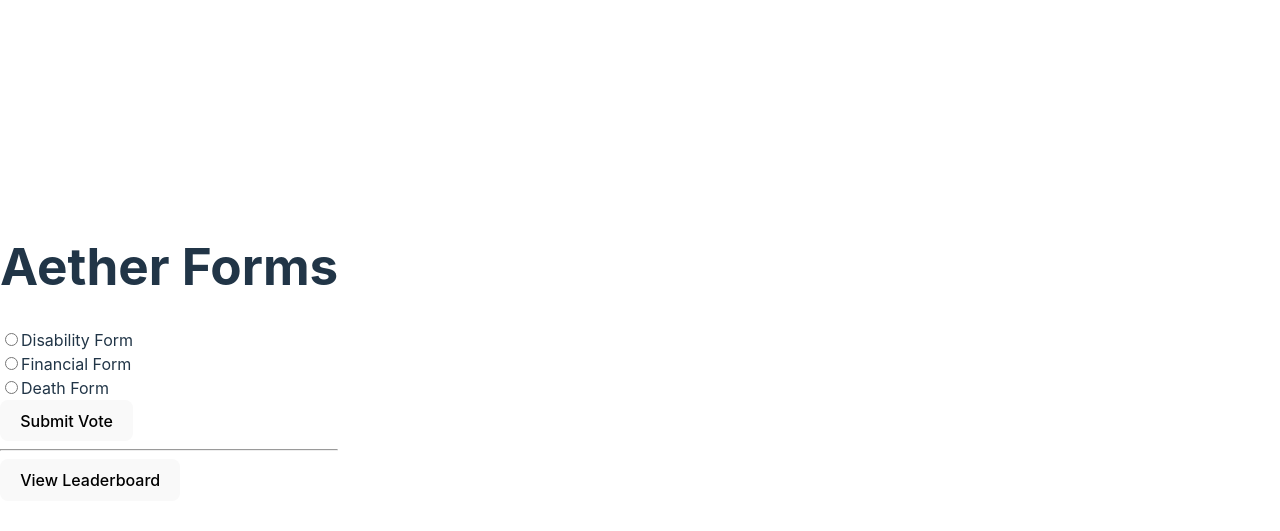
Repository: Jennica1/Aether-Top-Forms
Page: / (app in form-leaderboard-frontend/)
An editor plug-in stored every save of this project. The page is shown before and after the next save, followed by the edit.
The browser window is 1280 px wide. The pictures show the whole page.
The page's requests for data from a server got no answer. The project was rebuilt for these pictures with package versions that can differ from the ones it lists, and the page was loaded fresh each time. No one was signed in, and anything a server would have sent is missing. Also part of the build but not shown: form-leaderboard-frontend/vite.config.js.

Above is the page before, as saved 2024-11-26 17:01:44.

After the next save:
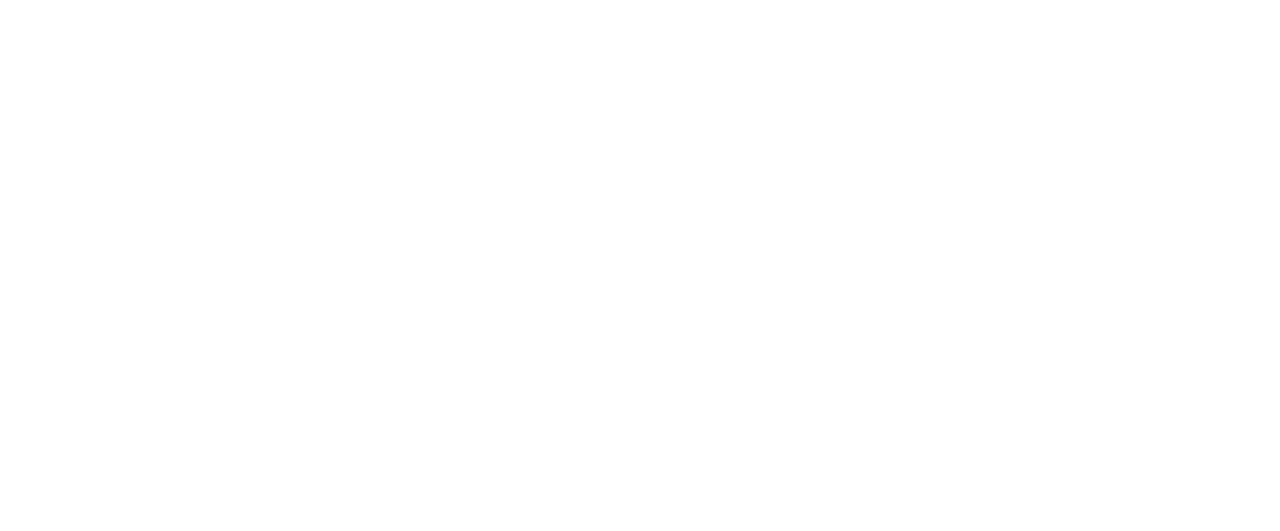
Console error: ReferenceError: useEffect is not defined
Saved 2 min 59 s later.
--- a/form-leaderboard-frontend/src/components/VotingForm.jsx
+++ b/form-leaderboard-frontend/src/components/VotingForm.jsx
@@ -3,6 +3,25 @@
 
 const VotingForm = () => {
   const [formType, setFormType] = useState("");
+  const [description, setDescription] = useState("");
+
+  useEffect(() => {
+    const fetchDescriptions = async () => {
+      try {
+        const { data } = await axios.get(
+          "https://aether-top-forms-leaderboard.onrender.com/api/votes/form-details"
+        );
+        if (formType && data[formType]) {
+          setDescription(data[formType]);
+        } else {
+          setDescription(""); // Clear description if no form selected
+        }
+      } catch (error) {
+        console.error("Error fetching form descriptions:", error);
+      }
+    };
+    fetchDescriptions();
+  }, [formType]);
 
   const handleVote = async (e) => {
     e.preventDefault();
@@ -15,39 +34,48 @@
   };
 
   return (
-    <form onSubmit={handleVote}>
-      <label>
-        <input
-          type="radio"
-          name="form"
-          value="Disability Form"
-          onChange={(e) => setFormType(e.target.value)}
-        />
-        Disability Form
-      </label>
-      <br />
-      <label>
-        <input
-          type="radio"
-          name="form"
-          value="Financial Form"
-          onChange={(e) => setFormType(e.target.value)}
-        />
-        Financial Form
-      </label>
-      <br />
-      <label>
-        <input
-          type="radio"
-          name="form"
-          value="Death Form"
-          onChange={(e) => setFormType(e.target.value)}
-        />
-        Death Form
-      </label>
-      <br />
-      <button type="submit">Submit Vote</button>
-    </form>
+    <div>
+      <form onSubmit={handleVote}>
+        <label>
+          <input
+            type="radio"
+            name="form"
+            value="Disability Form"
+            onChange={(e) => setFormType(e.target.value)}
+          />
+          Disability Form
+        </label>
+        <br />
+        <label>
+          <input
+            type="radio"
+            name="form"
+            value="Financial Form"
+            onChange={(e) => setFormType(e.target.value)}
+          />
+          Financial Form
+        </label>
+        <br />
+        <label>
+          <input
+            type="radio"
+            name="form"
+            value="Death Form"
+            onChange={(e) => setFormType(e.target.value)}
+          />
+          Death Form
+        </label>
+        <br />
+        <button type="submit">Submit Vote</button>
+      </form>
+
+      {formType && (
+        <div>
+          <h3>{formType}</h3>
+          <p>{description || "Loading description..."}</p>
+        </div>
+      )}
+    </div>
   );
 };
 

After the 3 saves that followed:
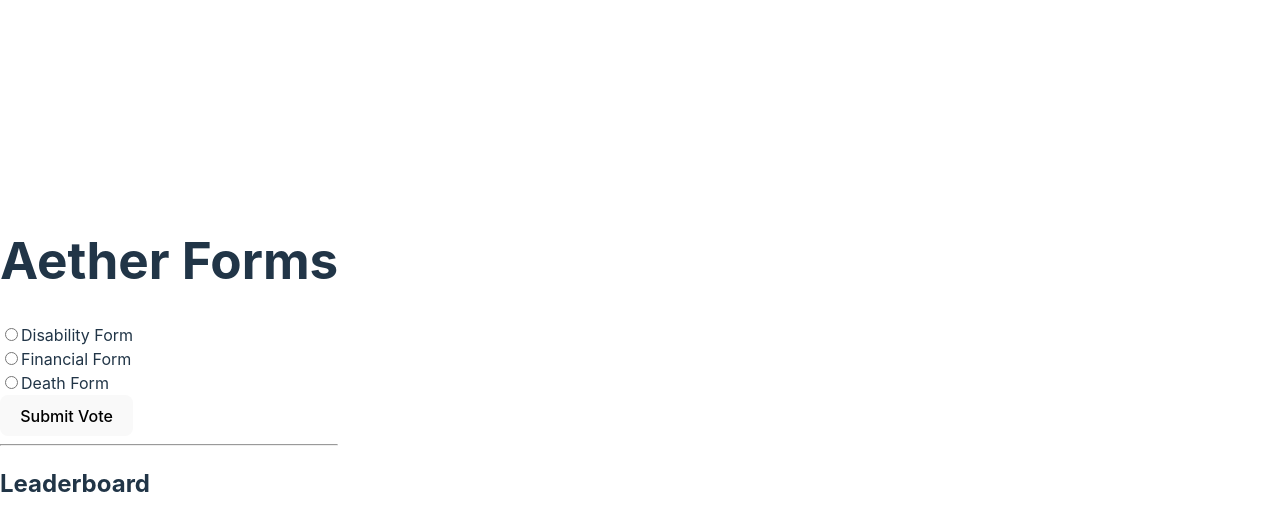
The error is gone.
The 3 saves are shown as one change because 2 left the picture as it was.
The last was saved 4 min 18 s later.
--- a/form-leaderboard-frontend/src/components/VotingForm.jsx
+++ b/form-leaderboard-frontend/src/components/VotingForm.jsx
@@ -1,4 +1,4 @@
-import React, { useState } from "react";
+import React, { useState, useEffect } from "react";
 import axios from "axios";
 
 const VotingForm = () => {
@@ -25,8 +25,14 @@
 
   const handleVote = async (e) => {
     e.preventDefault();
+
+    if (!formType) {
+      alert("Please select a form!");
+      return;
+    }
+
     try {
-      await axios.post(`${import.meta.env.VITE_BACKEND_URL}/api/votes`, { formType });
+      await axios.post("https://aether-top-forms-leaderboard.onrender.com/api/votes", { formType });
       alert("Vote submitted!");
     } catch (error) {
       console.error("Error submitting vote:", error);
--- a/form-leaderboard-frontend/src/components/Leaderboard.jsx
+++ b/form-leaderboard-frontend/src/components/Leaderboard.jsx
@@ -1,32 +1,35 @@
-import React, { useState } from "react";
+import React, { useState, useEffect } from "react";
 import axios from "axios";
 
 const Leaderboard = () => {
   const [leaderboard, setLeaderboard] = useState([]);
+  const [formDescriptions, setFormDescriptions] = useState({});
 
-  const fetchLeaderboard = async () => {
-    try {
-      const { data } = await axios.get("https://aether-top-forms-leaderboard.onrender.com/api/votes/leaderboard");
-
-      // const { data } = await axios.get(
-      //   "http://localhost:5000/api/votes/leaderboard"
-      // );
-
-      setLeaderboard(data);
-    } catch (error) {
-      console.error("Error fetching leaderboard:", error);
-    }
-  };
+  useEffect(() => {
+    const fetchData = async () => {
+      try {
+        // Fetch leaderboard and descriptions
+        const [leaderboardData, descriptionsData] = await Promise.all([
+          axios.get("https://aether-top-forms-leaderboard.onrender.com/api/votes/leaderboard"),
+          axios.get("https://aether-top-forms-leaderboard.onrender.com/api/votes/form-details"),
+        ]);
+        setLeaderboard(leaderboardData.data);
+        setFormDescriptions(descriptionsData.data);
+      } catch (error) {
+        console.error("Error fetching leaderboard or descriptions:", error);
+      }
+    };
+    fetchData();
+  }, []);
 
   return (
     <div>
-      <button onClick={fetchLeaderboard}>View Leaderboard</button>
+      <h2>Leaderboard</h2>
       <ul>
         {leaderboard.map((entry) => (
           <li key={entry._id}>
-
-           <h3> {entry._id}: {entry.count} votes
-           </h3>
+            <strong>{entry._id}</strong>: {entry.count} votes
+            <p>{formDescriptions[entry._id] || "No description available."}</p>
           </li>
         ))}
       </ul>
